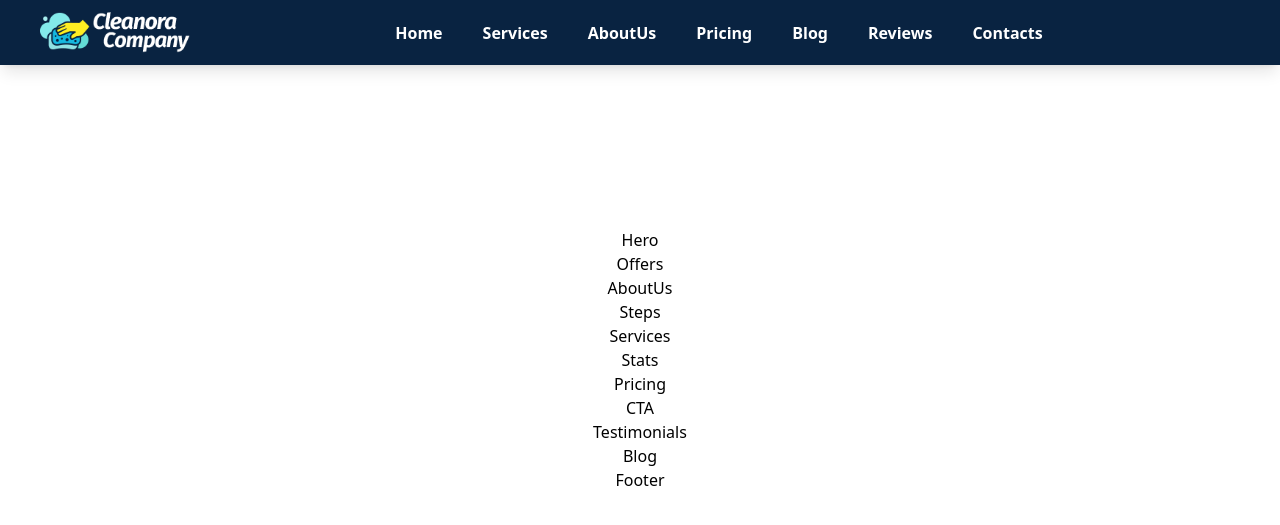
Repository: remydev47/cleonara
Page: /
These files come from the project's save history. The page is drawn as it stood at one moment and after the next save; the edit follows.
The browser window is 1280 px wide. The pictures show the whole page.
The project was rebuilt for these pictures with package versions that can differ from the ones it lists, and the page was loaded fresh each time. The framework's server and built-in components were replaced by stand-ins that run in the browser. Also part of the build but not shown: next.config.js.

Above is the page before, as saved 2022-11-01 12:35:32.

After the next save:
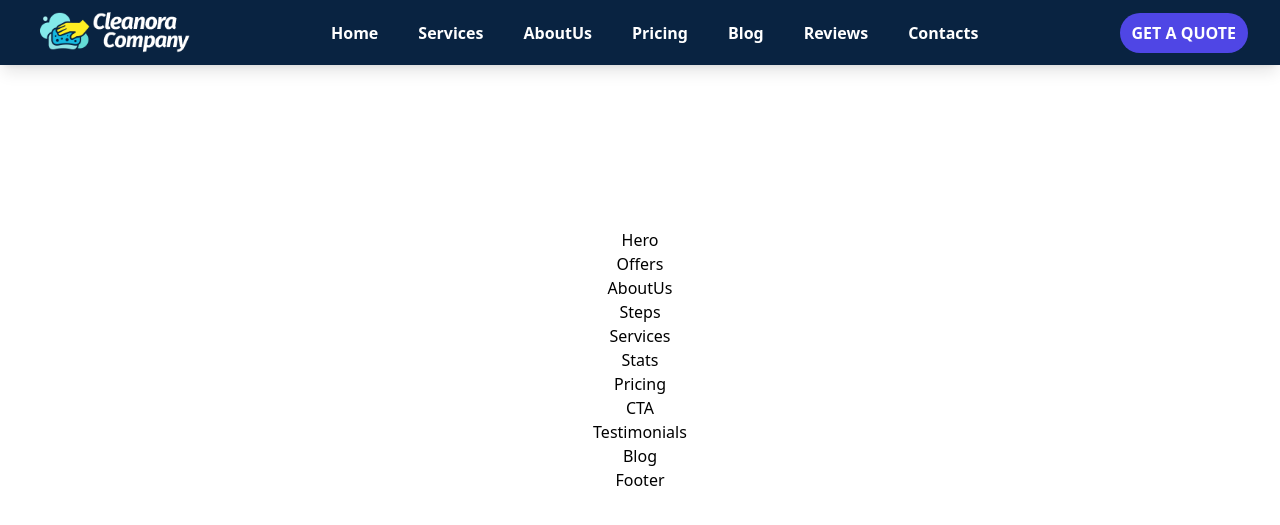
Saved 2 min 21 s later.
--- a/components/Header.tsx
+++ b/components/Header.tsx
@@ -3,6 +3,7 @@
 import Menupopover from './Menupopover';
 import Image from 'next/image';
 import Logo from './Logo';
+import { Button } from './Button';
 
 const Header = () => {
   return (
@@ -30,6 +31,12 @@
             ))}
            </ul>
 
+          <div>
+            <Button variant='solid'>
+              GET A QUOTE
+            </Button>
+          </div>
+
         </header>
   )
 }
